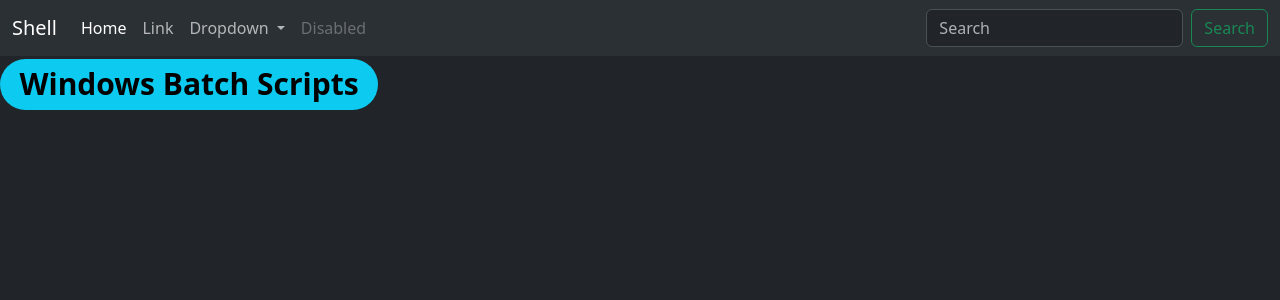
Repository: VictoriousMango/Archive
Page: index.html
The author's editor kept a copy of each file at every save. The page is drawn from the files as they stood at one save, then again after the next save.
The browser window is 1280 px wide. The pictures show the whole page.

Above is the page before, as saved 2024-06-05 23:55:16.

After the next save:
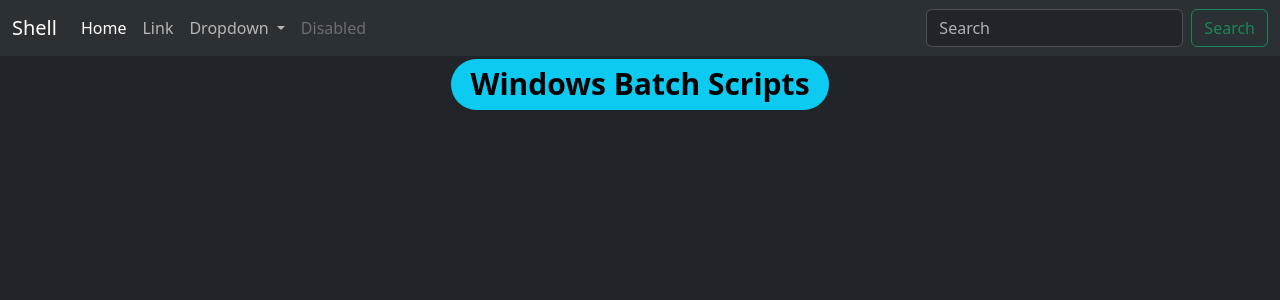
Saved 15 s later.
--- a/index.html
+++ b/index.html
@@ -45,7 +45,7 @@
         </nav>
         <!-- NavBar -->
 
-        <h1><span class="badge rounded-pill text-bg-info">Windows Batch Scripts</span></h1>
+        <h1 align="center"><span class="badge rounded-pill text-bg-info">Windows Batch Scripts</span></h1>
 
         <!-- Including JS -->
         <script src="https://cdn.jsdelivr.net/npm/bootstrap@5.3.3/dist/js/bootstrap.bundle.min.js" integrity="sha384-YvpcrYf0tY3lHB60NNkmXc5s9fDVZLESaAA55NDzOxhy9GkcIdslK1eN7N6jIeHz" crossorigin="anonymous"></script>
